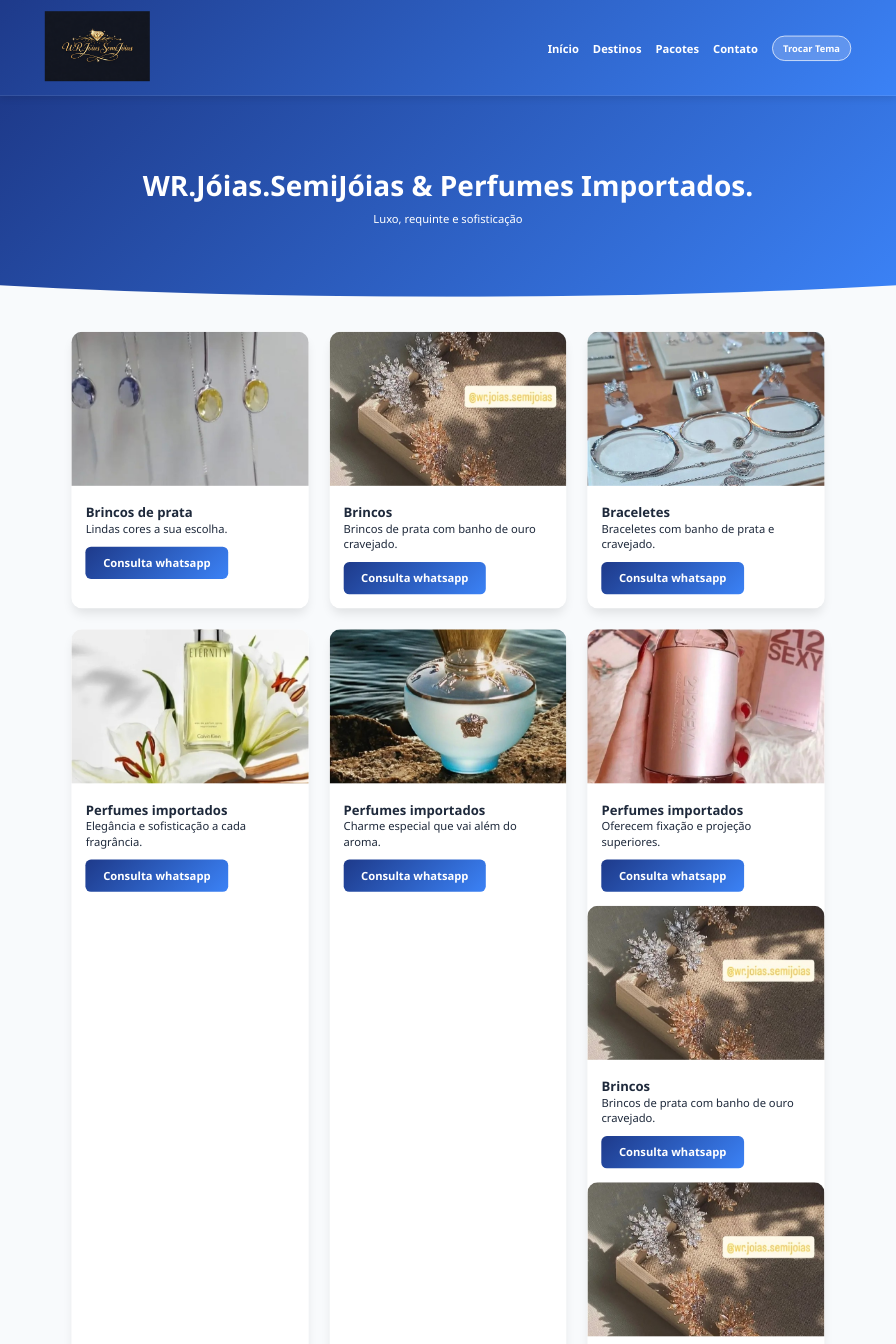
Repository: Sandro1969-tech/joias-perfumes
Page: index.html
These files come from the project's save history. The page is drawn as it stood at one moment and after the next save; the edit follows.
The browser window is 1280 px wide. The pictures show the part of the page from y = 0 to 1920 px (the page is 2778 px tall), at 70% of full size.

Above is the page before, as saved 2026-01-28 16:28:55.

After the next save:
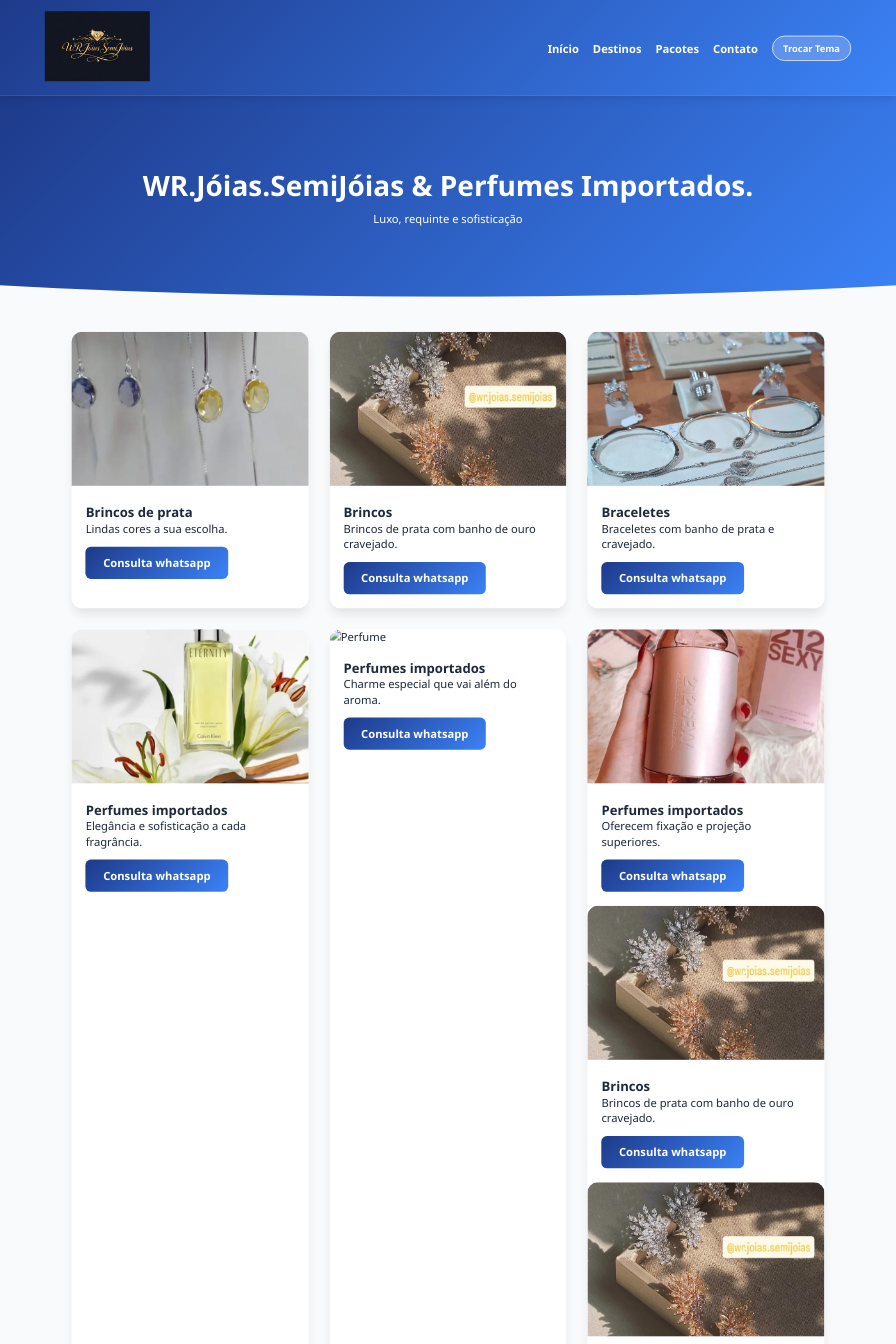
Saved 2 min 28 s later.
--- a/index.html
+++ b/index.html
@@ -209,7 +209,7 @@
             </div>
         </div>
         <div class="card">
-            <img src="assets/image/versace.png" alt="Perfume">
+            <img src="" alt="Perfume">
             <div class="card-content">
                 <h3>Perfumes importados</h3>
                 <p>Charme especial que vai além do aroma.</p>
